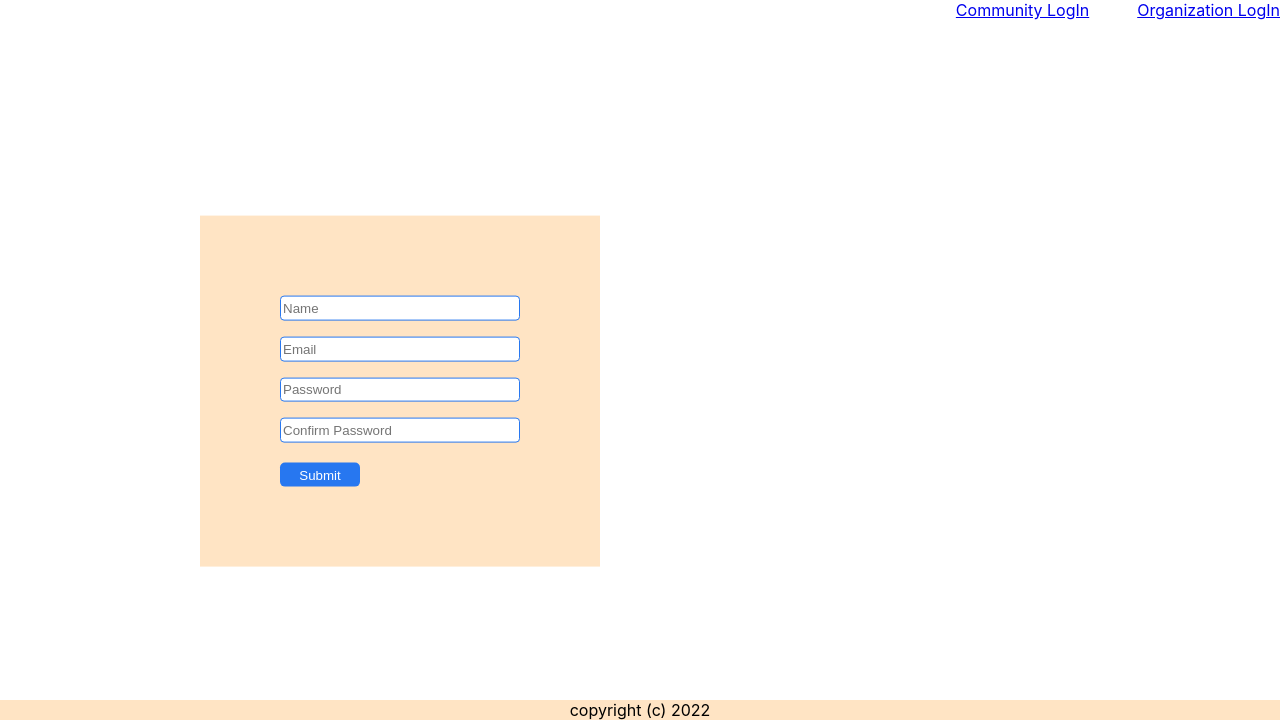
Repository: samuelp244/Ticket-Managment-System
Page: / (app in app/)
An editor plug-in stored every save of this project. The page is shown before and after the next save, followed by the edit.
The browser window is 1280 px wide. The pictures show the whole page.
The project was rebuilt for these pictures with package versions that can differ from the ones it lists, and the page was loaded fresh each time.

Above is the page before, as saved 2022-08-17 18:30:56.

### app/src/App.tsx
import React from 'react';
import { BrowserRouter as Router, Route, Routes} from "react-router-dom"
import Footer from './components/Footer';
import SignUpComm from './components/forms/SignUpComm';

import MainPage from './components/MainPage';


function App() {
  return (
    <div className="">
      {/* <Router>
        <Routes>
          <Route path="/" element={<MainPage/>}></Route>
          <Route path="/signup" element={<SignUpComm/>}></Route>
        </Routes>
      </Router> */}
      <MainPage/>
      <SignUpComm/>
      <Footer/>
    </div>
  );
}

export default App;

### app/src/components/Footer.tsx
import React from 'react'
import './footer.css'

const Footer = () => {
  return (
    <div className="footer">
      copyright (c) 2022
    </div>
  )
}

export default Footer

### app/src/components/forms/SignUpComm.tsx
import React from 'react';
import './SignUpComm.css'

const SignUpComm = () => {
  return (
    <form>
        <div className='details'>
          <input type="text" placeholder='Name'/>
          {/* <select name="account type" id="acct-type">
              <option value="customer">Individual</option>
              <option value="root-user">Organization</option>
          </select> */}
          <input type="email" placeholder='Email' required/>
          <input type="password" placeholder='Password' required/>
          <input type="password" placeholder='Confirm Password' required/>
        </div>
        <button type="submit">Submit</button>

    </form>
  )
}

export default SignUpComm

### app/src/components/MainPage.tsx
import React from 'react'
import './MainPage.css'
const MainPage = () => {
  return (
    <div className="main-page">
      <a href="#signupC">Community LogIn</a>

      <a href="#signupO">Organization LogIn</a>
    </div>
  )
}

export default MainPage;

### app/src/components/footer.css
.footer{
    width: 100%;
    max-height: max-content;
    position: fixed;
    align-items: center;
    text-align: center;
    bottom: 0;
    background-color: bisque;
}

### app/src/components/forms/SignUpComm.css
form{
    margin-top: 20px;
    padding: 5rem;
    border: 1px rgb(39, 119, 240);
    width: 15rem;
    display: flex;
    flex-direction: column;
    background-color: bisque;
    top: 50%;
    left: 50%;
    transform: translate(50%, 50%);
}

.details{
    display: flex;
    flex-direction: column;
    row-gap: 1rem;

}

button{
    margin-top: 20px;
    width: 5rem;
    height: 1.5rem;
    border-radius: 5px;
    color: rgb(255, 255, 255);
    background-color: rgb(39, 119, 240);
    border: none;

}

input{
    border: 1px solid rgb(39, 119, 240);
    height: 1.3rem;
    border-radius: 4px;
}

### app/src/components/MainPage.css
.main-page {
    display: flex;
    flex-direction:row;
    justify-content: right;
    column-gap: 3rem;
    align-items: center;
}

Loaded but not shown: app/public/index.html (common file); app/src/index.tsx (common file); app/src/index.css (common file)

After the next save:
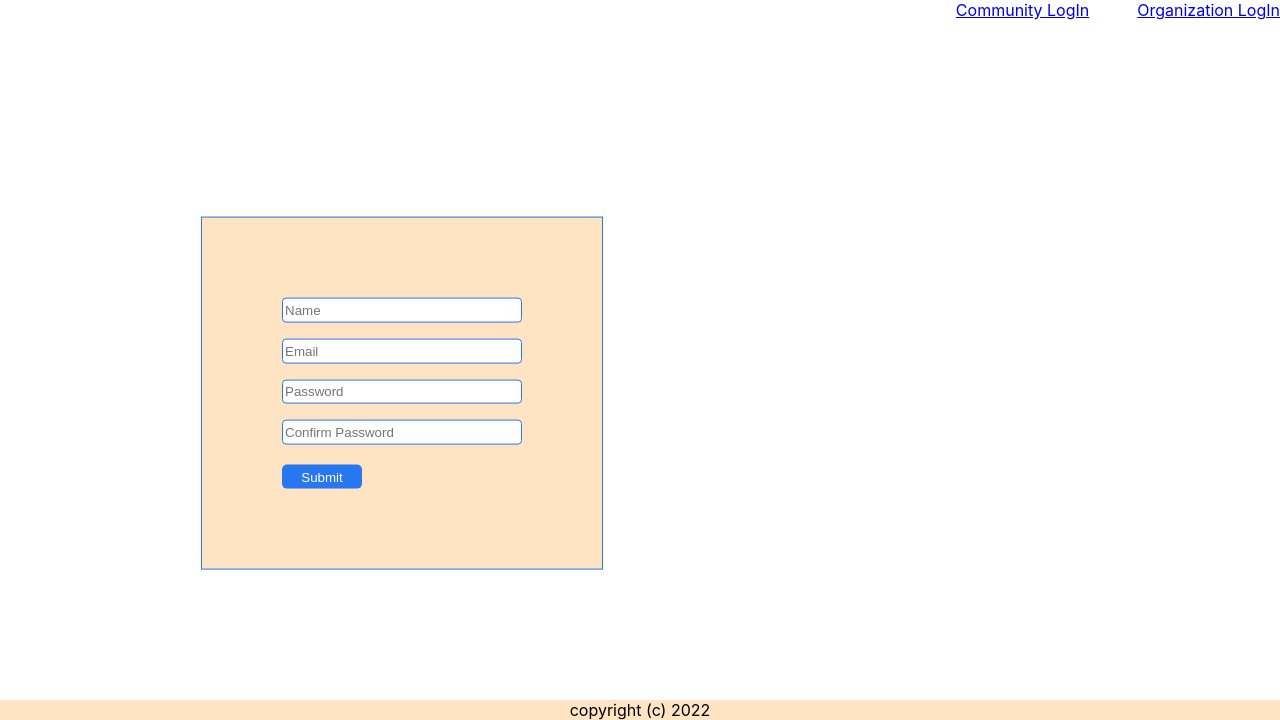
Saved 9 s later.
--- a/app/src/components/forms/SignUpComm.css
+++ b/app/src/components/forms/SignUpComm.css
@@ -1,7 +1,7 @@
 form{
     margin-top: 20px;
     padding: 5rem;
-    border: 1px rgb(39, 119, 240);
+    border: 1px solid rgb(39, 119, 240);
     width: 15rem;
     display: flex;
     flex-direction: column;
